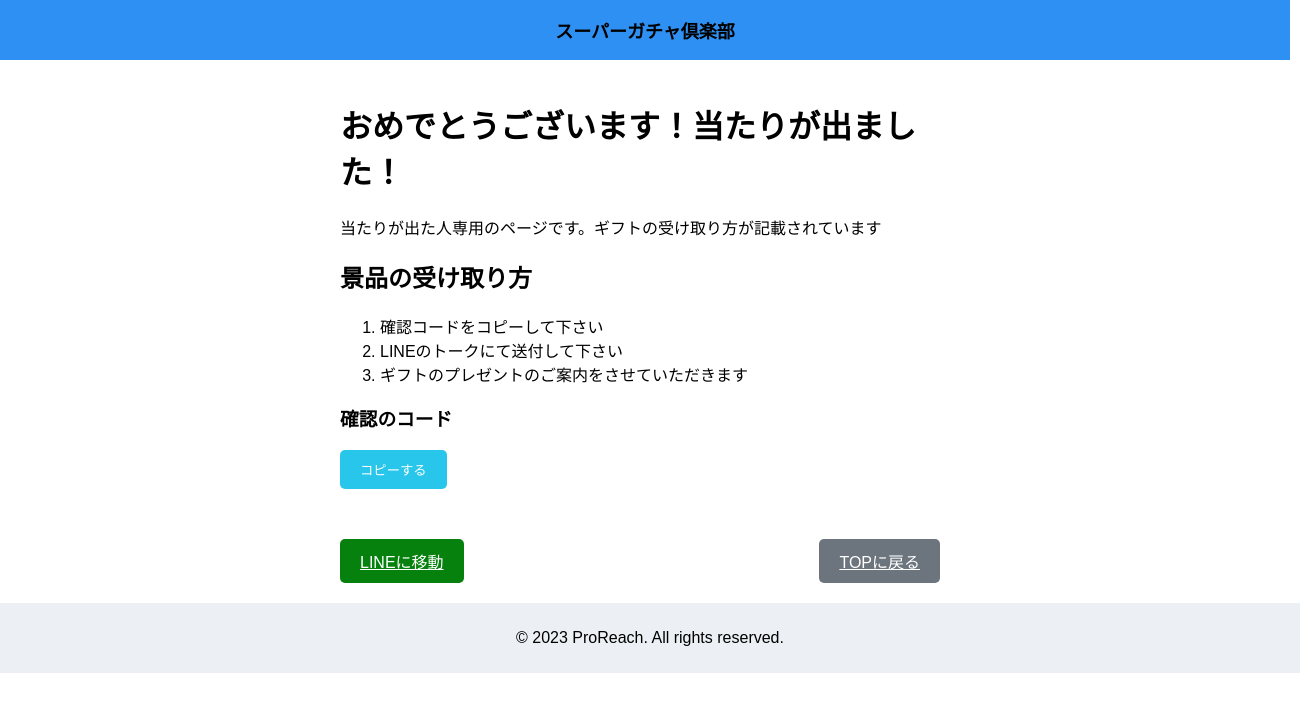
Repository: kskw0000/gggacha
Page: /winner (app in fronted/)
These files come from the project's save history. The page is drawn as it stood at one moment and after the next save; the edit follows.
The browser window is 1280 px wide. The page is 1300 px wide, so the pictures cover 1300 px, including what lies to the right of the window. The pictures show the whole page.
The project was rebuilt for these pictures with package versions that can differ from the ones it lists, and the page was loaded fresh each time. Also part of the build but not shown: fronted/src/components/css/GachaMachine.css, fronted/src/components/pages/GachaMachine.js, fronted/src/components/pages/Gacha.js.

Above is the page before, as saved 2023-07-01 08:57:24.

### fronted/src/App.js
import React from 'react';
import './App.css';
import { BrowserRouter as Router, Route, Routes } from "react-router-dom";
import Header from './components/parts/Header';
import Footer from './components/parts/Footer';
import Gacha from './components/pages/Gacha';
import WinnerPage from './components/pages/WinnerPage';  // WinnerPageをインポート
import { Link } from "react-router-dom";

const GachaCard = ({ title, id }) => (
  <Link to={`/gacha/${id}`}>
    <div className="gacha-card">
      <h2>{title}</h2>
      {/* ここにガチャの画像などを追加することもできます */}
    </div>
  </Link>
);

const GachaRow = ({ title, gachas }) => (
  <div className="gacha-row">
    <h1>{title}</h1>
    <div className="gacha-row-content">
      {gachas.map((gacha, index) => (
        <GachaCard key={index} title={gacha.title} id={gacha.id} />
      ))}
    </div>
  </div>
);


function App() {
  // ここは後でAPIから取得するように変更する予定です
  const gachaData = [
    {
      rowTitle: '人気のガチャ',
      gachas: [
        { id: 1, title: 'ガチャ1' },
        { id: 2, title: 'ガチャ2' },
        // 必要なだけガチャを追加
      ],
    },
    {
      rowTitle: '新着のガチャ',
      gachas: [
        { id: 3, title: 'ガチャ3' },
        { id: 4, title: 'ガチャ4' },
        // 必要なだけガチャを追加
      ],
    },
  ];

  return (
    <Router>
      <div className="App">
        <Header />
        <Routes>
          <Route path="/" element={
            <>
              {gachaData.map((row, index) => (
                <GachaRow key={index} title={row.rowTitle} gachas={row.gachas} />
              ))}
            </>
          } />
          <Route path="/gacha/:id" element={<Gacha />} />
          <Route path="/winner" element={<WinnerPage />} />
        </Routes>
        <Footer />
      </div>
    </Router>
  );
}

export default App;

### fronted/src/App.css
.App {
  font-family: Arial, sans-serif;
  padding-top: 60px;
}



.gacha-row {
  margin-bottom: 20px;
}

.gacha-row-content {
  display: flex;
  overflow-x: scroll;
  gap: 10px;
  padding-bottom: 10px;
}

.gacha-card {
  transition: 0.3s;
  /* 他のスタイル属性をここに追加 */
  min-width: 150px;
  height: 200px;
  background-color: #eee;
  box-shadow: 0 2px 8px rgba(0, 0, 0, 0.1);
  border-radius: 5px;
  padding: 10px;
  display: flex;
  align-items: center;
  justify-content: center;
}

.gacha-card:hover {
  transform: translateY(-40px);
}

 /* ガチャ　アニメーション */
@keyframes spin {
  0% { transform: rotate(0deg); }
  100% { transform: rotate(360deg); }
}

.loading-spinner {
  border: 16px solid #f3f3f3; /* Light grey */
  border-top: 16px solid #3498db; /* Blue */
  border-radius: 50%;
  width: 120px;
  height: 120px;
  animation: spin 2s linear infinite;
}

### fronted/src/components/parts/Header.js
import React from 'react';
import '../css/Header.css';

const Header = () => {
  return (
    <header className="header">
      {/* ここにロゴやメニューリンクなどを配置します */}
      <h1>スーパーガチャ倶楽部</h1>
    </header>
  );
}

export default Header;

### fronted/src/components/parts/Footer.js
import React from 'react';
import '../css/Footer.css';

const Footer = () => {
  return (
    <footer className="footer">
      {/* ここに著作権情報やリンクなどを配置します */}
      <p>&copy; 2023 ProReach. All rights reserved.</p>
    </footer>
  );
}

export default Footer;

### fronted/src/components/pages/WinnerPage.js
import React, { useState, useEffect } from 'react';
import { Link } from 'react-router-dom';
import '../css/WinnerPage.css';

const WinnerPage = () => {
  const [winCode, setWinCode] = useState('');

  useEffect(() => {
    // Get the win code from local storage
    const savedCode = localStorage.getItem('winCode');
    if (savedCode) {
      setWinCode(savedCode);
    }
  }, []);

  const handleCopyCode = async () => {
    try {
      await navigator.clipboard.writeText(winCode);
      alert('コードがクリップボードにコピーされました！');
    } catch (err) {
      console.error('テキストのコピーに失敗しました: ', err);
    }
  };

  return (
    <div className="container">
      <h1>おめでとうございます！当たりが出ました！</h1>
      <p>当たりが出た人専用のページです。ギフトの受け取り方が記載されています</p>

      <h2>景品の受け取り方</h2>
      <ol>
        <li>確認コードをコピーして下さい</li>
        <li>LINEのトークにて送付して下さい</li>
        <li>ギフトのプレゼントのご案内をさせていただきます</li>
      </ol>

      <div>
        <h3>確認のコード</h3>
        <p>{winCode}</p>
        <button className="button copy" onClick={handleCopyCode}>コピーする</button>
      </div>

      <div className="button-container">
        <a href="https://lin.ee/jNGfEaS" className="button line" target="_blank" rel="noopener noreferrer">LINEに移動</a>
        <Link to="/" className="button home">TOPに戻る</Link>
      </div>
    </div>
  );
};

export default WinnerPage;

### fronted/src/components/css/Header.css
.header {
    position: fixed;
    top: 0;
    height: 50px;
    padding: 5px;
    background-color: #2e90f2;
    text-align: center;
    width: 100%;
    /* 他のスタイル属性をここに追加 */
  }

  .header h1 {
    font-size: 18px;
  }

### fronted/src/components/css/Footer.css
.footer {
    padding: 10px;
    background-color: #ecf0f4;
    text-align: center;
    width: 100%;
    bottom: 0;
    /* 他のスタイル属性をここに追加 */
  }

### fronted/src/components/css/WinnerPage.css
/* WinnerPage.css */

.container {
    padding: 20px;
    max-width: 600px;
    margin: 0 auto;
}

.button-container {
    display: flex;
    justify-content: space-between;
    margin-top: 30px;
}

.button {
    padding: 10px 20px;
    border: none;
    border-radius: 5px;
    color: #fff;
    cursor: pointer;
}

.button.copy {
    background-color: #27c6ea;
    margin-bottom: 20px;
}

.button.home {
    background-color: #6c757d;
}

.button.line {
    background-color: #06810e;
}

Loaded but not shown: fronted/public/index.html (common file); fronted/src/index.js (common file); fronted/src/index.css (common file); fronted/src/reportWebVitals.js (common file)

After the next save:
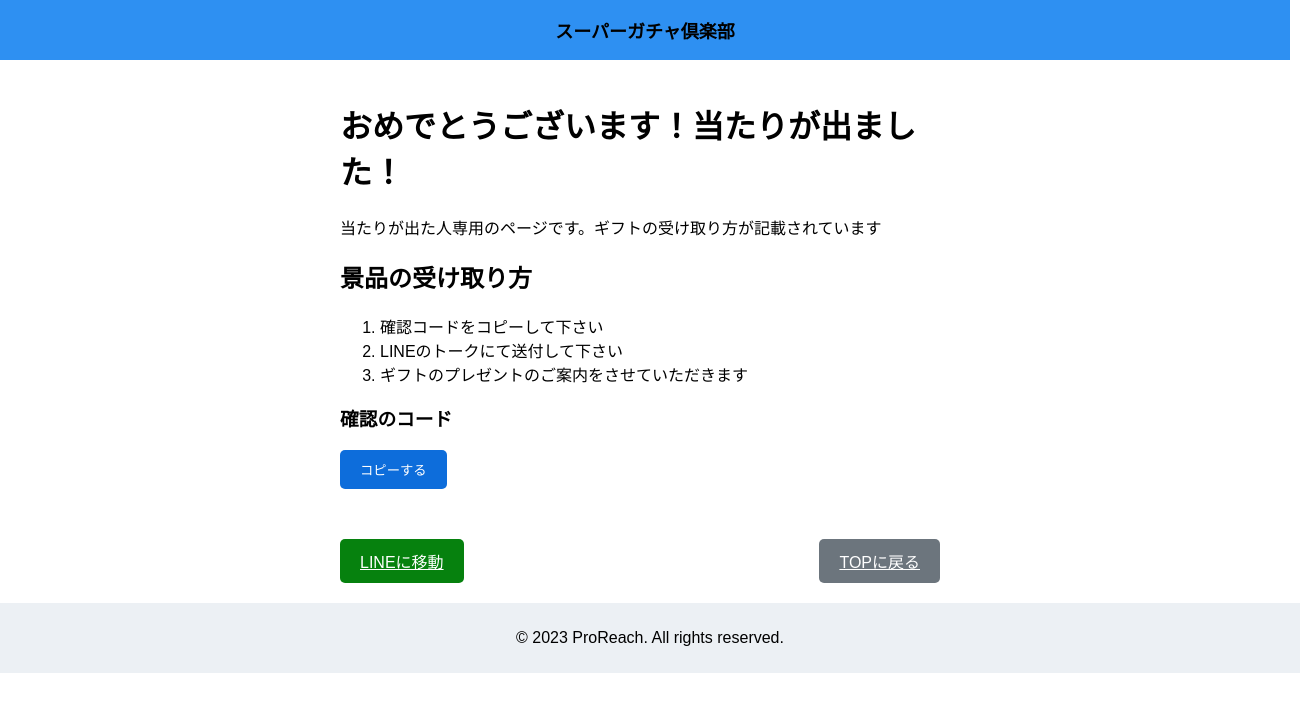
Saved 11 s later.
--- a/fronted/src/components/css/WinnerPage.css
+++ b/fronted/src/components/css/WinnerPage.css
@@ -21,7 +21,7 @@
 }
 
 .button.copy {
-    background-color: #27c6ea;
+    background-color: #0d6ddb;
     margin-bottom: 20px;
 }
 
